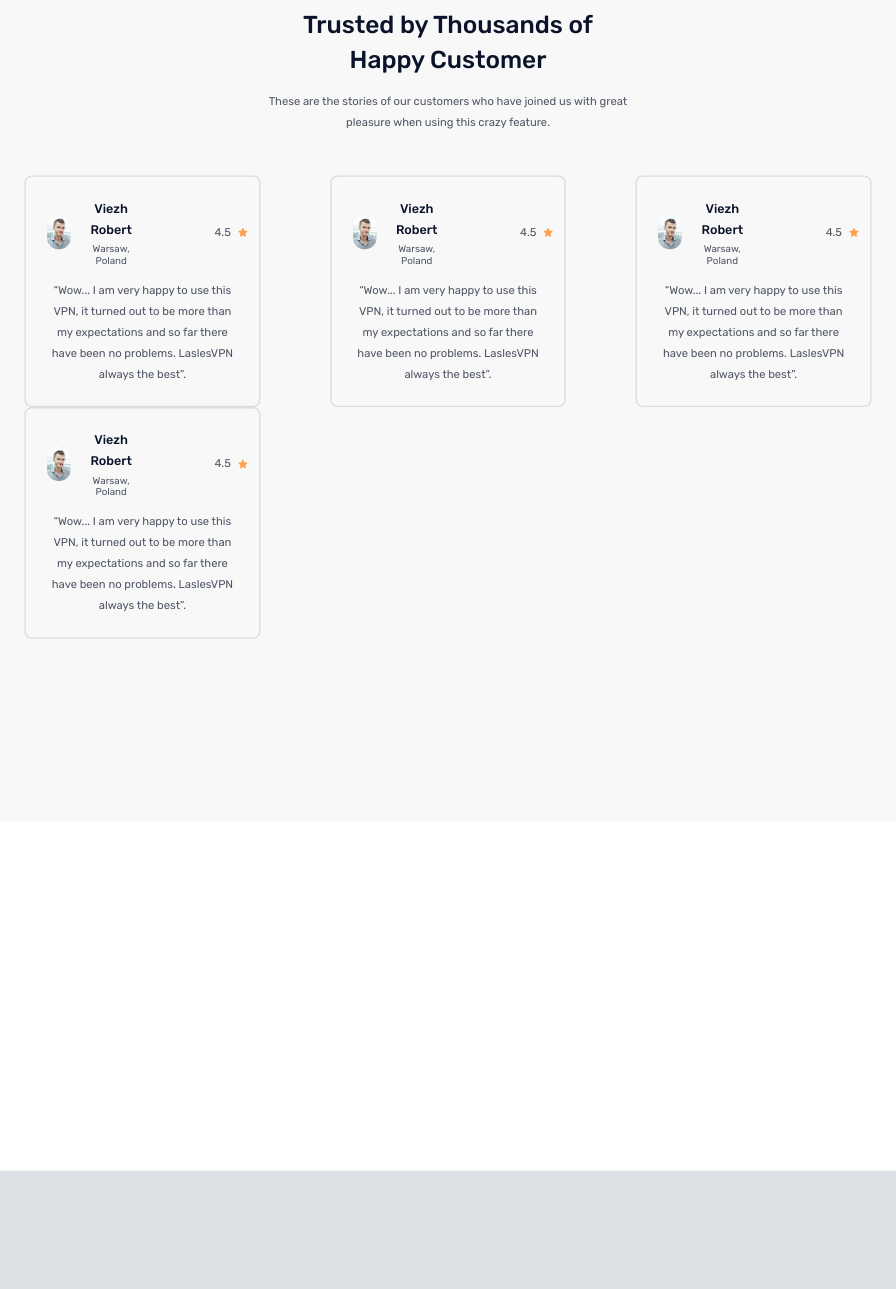
Repository: dangpham205/LaslesVPN-Landing-Page
Page: index.html
An editor plug-in stored every save of this project. The page is shown before and after the next save, followed by the edit.
The browser window is 1280 px wide. The pictures show the part of the page from y = 3742 to 5662 px (the page is 5584 px tall before and 6067 px after), at 70% of full size.
Some web libraries are served in a nearby version.

Above is the page before, as saved 2022-07-20 20:38:35.

After the next save:
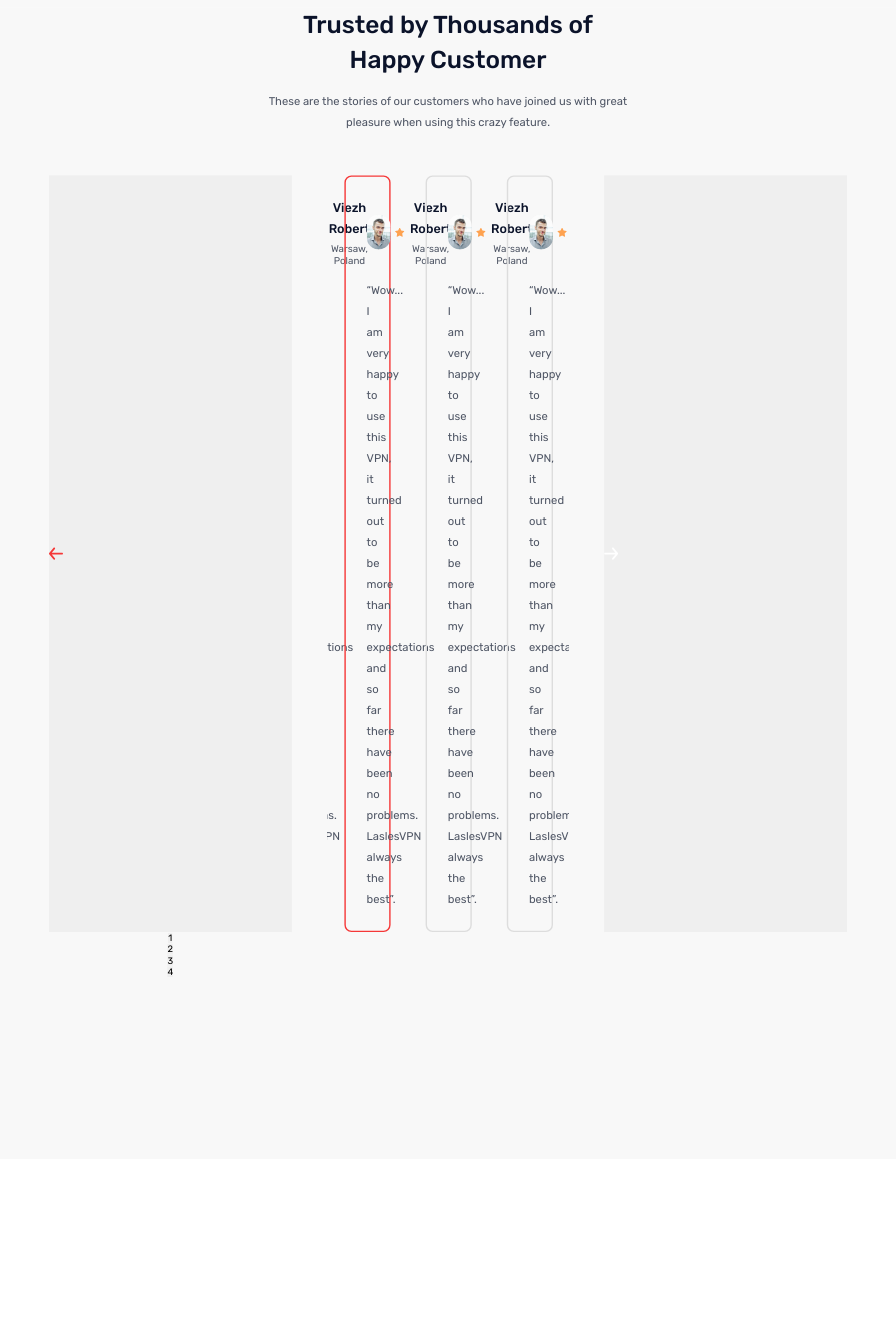
Saved 16 s later.
--- a/index.html
+++ b/index.html
@@ -371,6 +371,7 @@
       type="text/javascript"
       src="https://cdn.jsdelivr.net/npm/slick-carousel@1.8.1/slick/slick.min.js"
     ></script>
+    <script src="./script/app.js"></script>
     <!-- <script src="./script/app.js"></script> -->
 </body>
 </html>

After the save that followed:
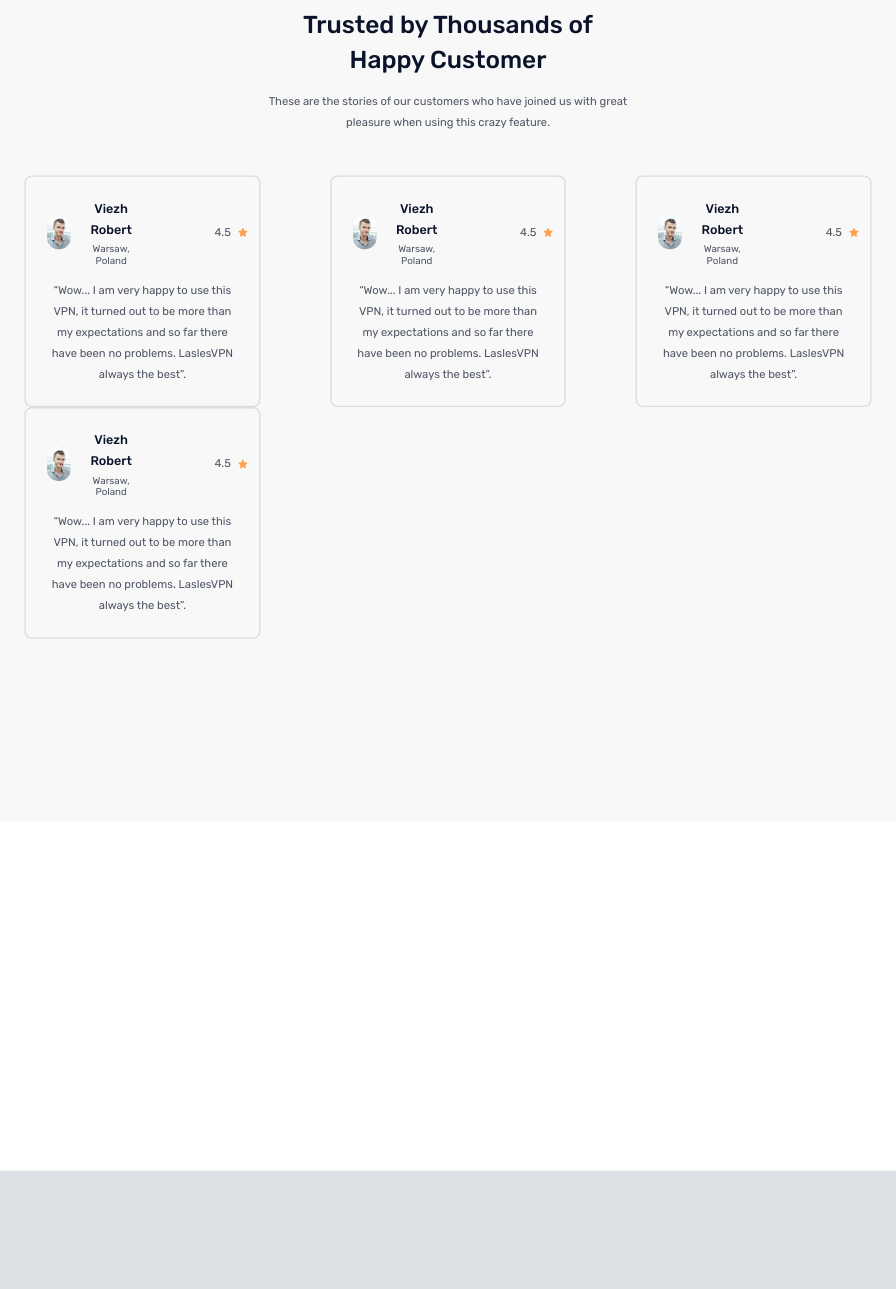
Saved 5 min 0 s later.
--- a/index.html
+++ b/index.html
@@ -371,7 +371,7 @@
       type="text/javascript"
       src="https://cdn.jsdelivr.net/npm/slick-carousel@1.8.1/slick/slick.min.js"
     ></script>
-    <script src="./script/app.js"></script>
+    <!-- <script src="./script/app.js"></script> -->
     <!-- <script src="./script/app.js"></script> -->
 </body>
 </html>
